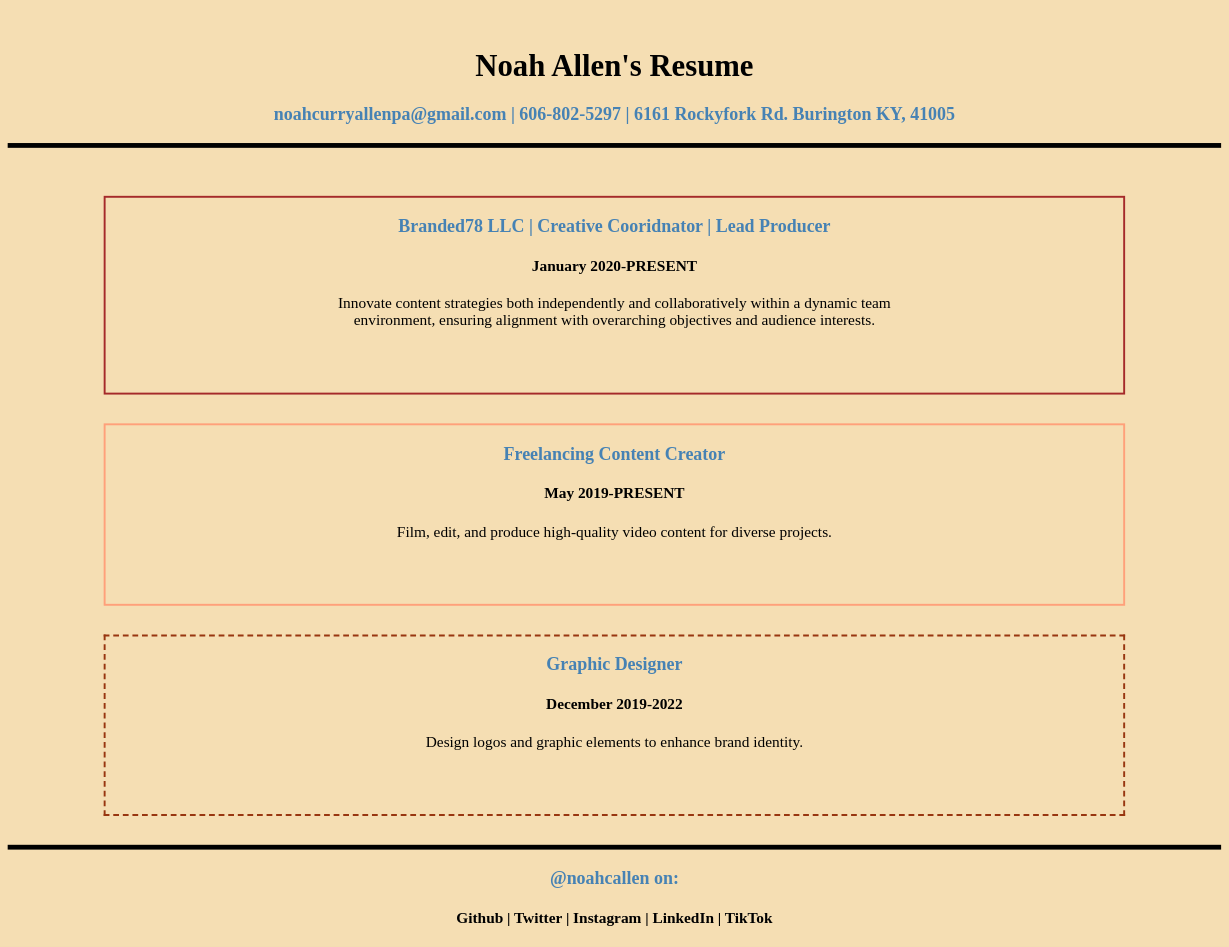
Repository: noahcallen/LAB-HTML-Resume
Page: index.html
An editor plug-in stored every save of this project. The page is shown before and after the next save, followed by the edit.
The browser window is 1280 px wide. The pictures show the whole page, at 96% of full size.

Above is the page before, as saved 2024-07-08 22:00:36.

After the next save:
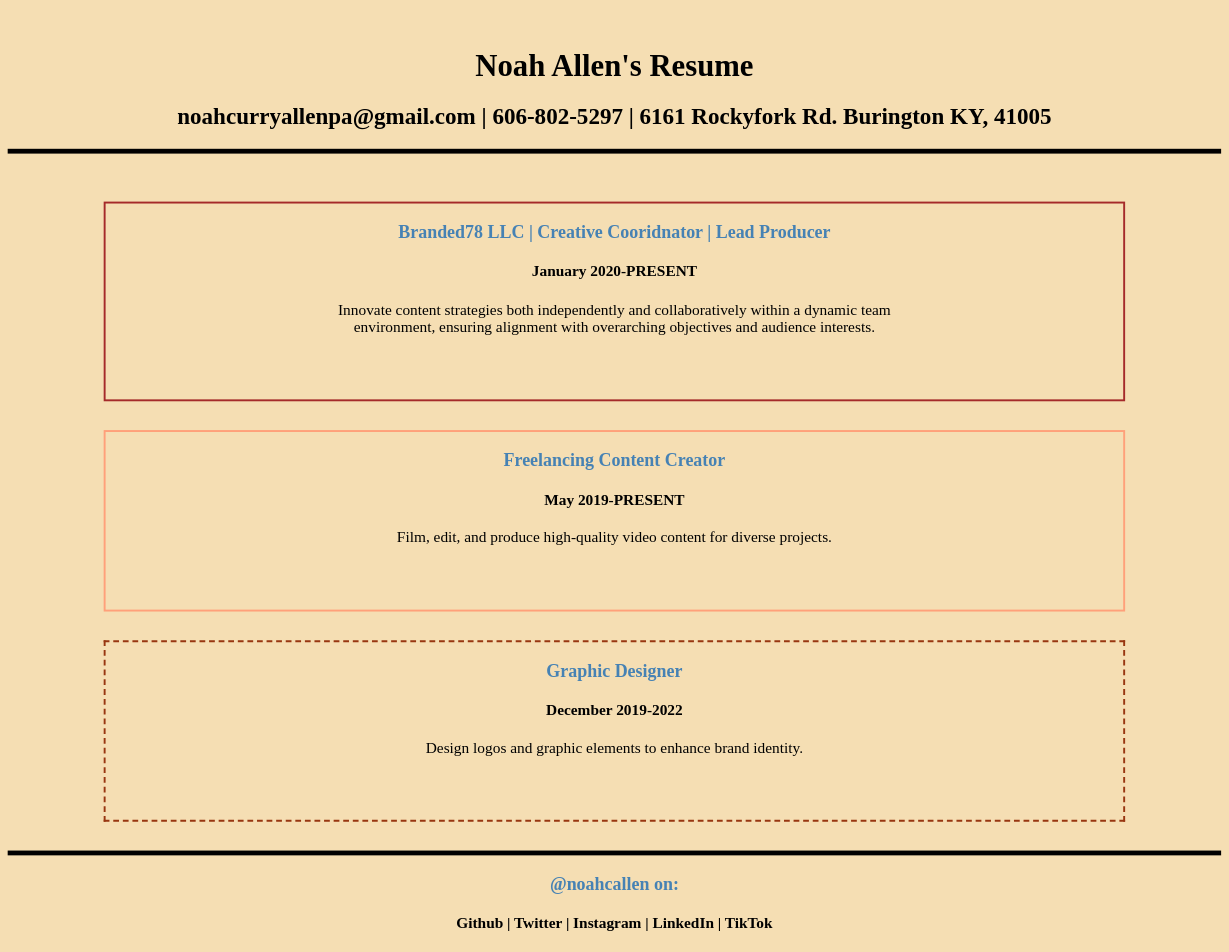
Saved 47 s later.
--- a/index.html
+++ b/index.html
@@ -11,7 +11,7 @@
   <div class="HEADER">
   <!--HEADER-->
   <h1>Noah Allen's Resume</h1>
-  <h3> noahcurryallenpa@gmail.com | 606-802-5297 | 6161 Rockyfork Rd. Burington KY, 41005</h3>
+  <h2> noahcurryallenpa@gmail.com | 606-802-5297 | 6161 Rockyfork Rd. Burington KY, 41005</h2>
 <!--END HEADER-->
   </div>
 
